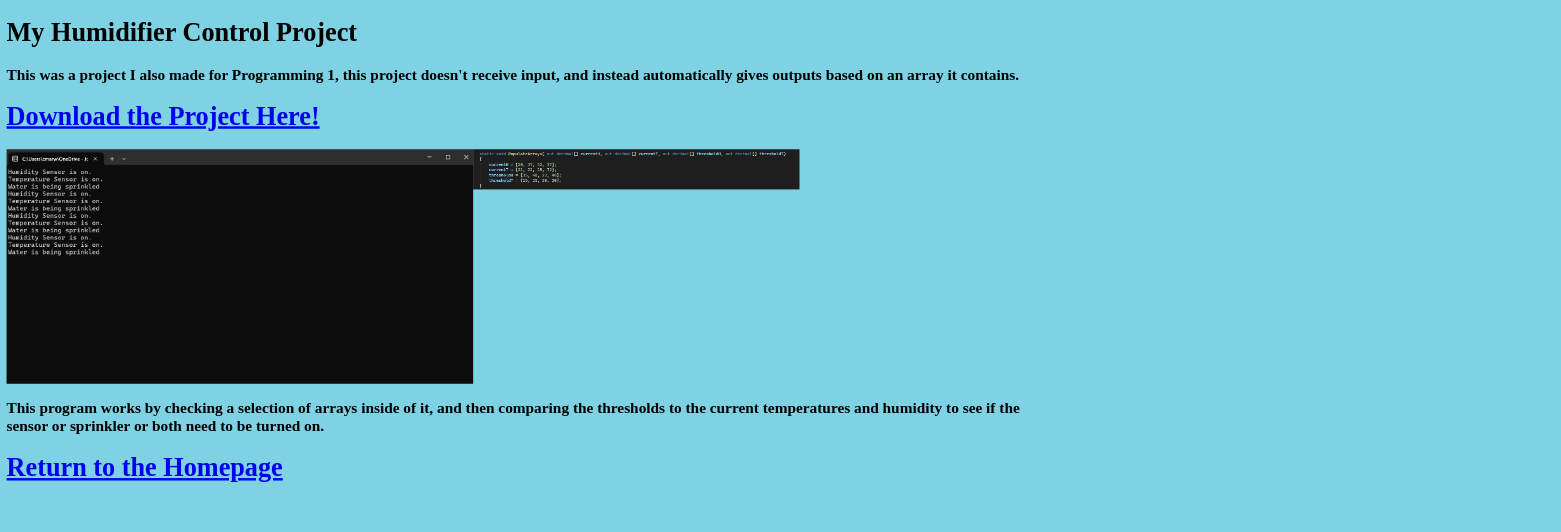
Repository: captainm64/captainm64
Page: projectshow2.html
The author's editor kept a copy of each file at every save. The page is drawn from the files as they stood at one save, then again after the next save.
The browser window is 1280 px wide. The page is 1904 px wide, so the pictures cover 1904 px, including what lies to the right of the window. The pictures show the whole page, at 82% of full size.

Above is the page before, as saved 2026-05-14 12:57:43.

After the next save:
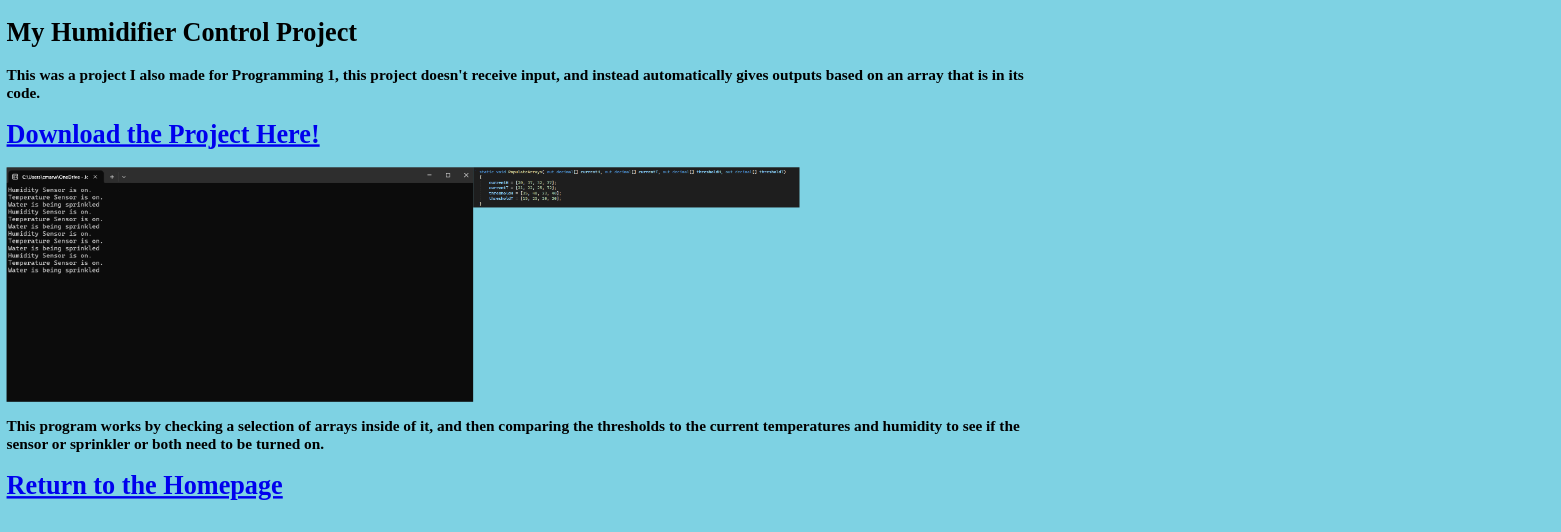
Saved 3 min 42 s later.
--- a/projectshow2.html
+++ b/projectshow2.html
@@ -9,7 +9,7 @@
 <main>
 <h1>My Humidifier Control Project</h1>
 
-<h3>This was a project I also made for Programming 1, this project doesn't receive input, and instead automatically gives outputs based on an array it contains.</h3>
+<h3>This was a project I also made for Programming 1, this project doesn't receive input, and instead automatically gives outputs based on an array that is in its code.</h3>
 
  <a href = https://github.com/captainm64/Humidifier_Project.git><h1>Download the Project Here!</h1></a>
 
